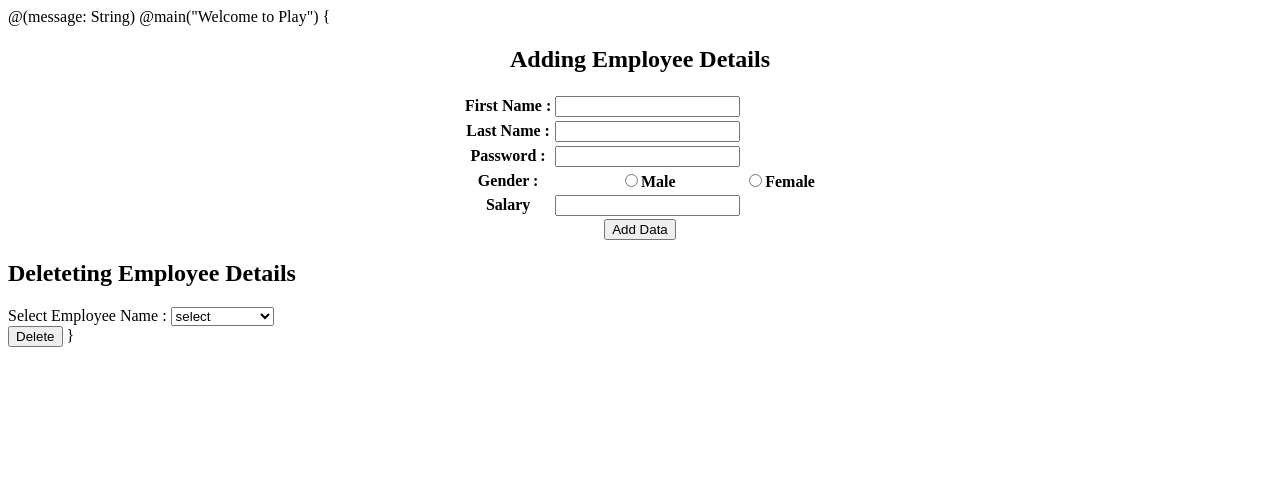
Repository: PoonamDeokar/SalesTool
Page: CrudDemo/app/views/index.scala.html
These files come from the project's save history. The page is drawn as it stood at one moment and after the next save; the edit follows.
The browser window is 1280 px wide. The pictures show the whole page.

Above is the page before, as saved 2016-09-16 06:23:08.

### CrudDemo/app/views/index.scala.html

@(message: String)

@main("Welcome to Play") {


  	<form action ="@routes.HomeController.addEmp()" method="post">

    	<center>
    	<h2>Adding Employee Details </h2>
    	<table>
    	<tr>
    		<th>First Name :</th>
    		<th><input type="text" name="fname"></th>
    	</tr>
    	<tr>
    		<th>Last Name :</th>
    		<th><input type="text" name="lname"></th>
    	</tr>
    	<tr>
    		<th>Password :</th>
    		<th><input type="password" name="pass"></th>
    	</tr>
    	<tr>
    		<th>Gender :</th>
    		<th><input type="radio" name="gen" value="male">Male<br></th>
    		<th><input type="radio" name="gen" value="fmale">Female<br></th>
    	</tr>
    	<tr>
    		<th>Salary</th>
    		<th><input type="text" name="sal"></th>
    	</tr>

    	 </table>
    	 <input type="submit"  value="Add Data"/>
    	</center>
    </form>

    <from action="@routes.HomeController.deleteEmp()" method="post">
    <h2>Deleteting Employee Details</h2>

    Select Employee Name : <select fname="eid">
    <option value="0">select</option>
    @for(emp<-Employee.find.all){
    	<option value=@emp.fname>@emp.fname</option>
    }
    </select><br>
    <input type="submit" value="Delete"/>

    </from>



}

After the next save:
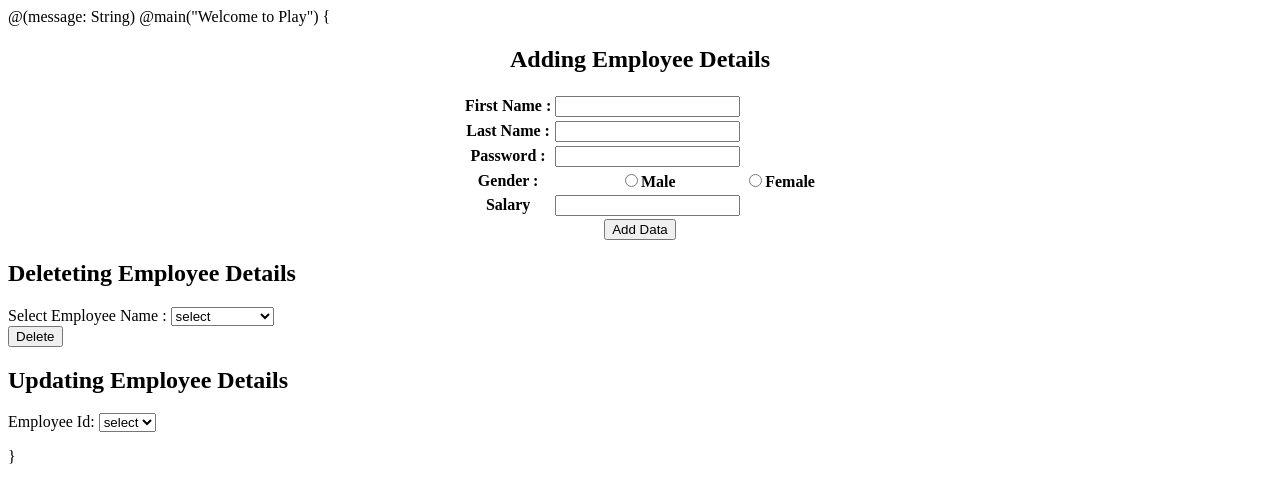
Saved 5 min 12 s later.
--- a/CrudDemo/app/views/index.scala.html
+++ b/CrudDemo/app/views/index.scala.html
@@ -39,7 +39,7 @@
     <from action="@routes.HomeController.deleteEmp()" method="post">
     <h2>Deleteting Employee Details</h2>
 
-    Select Employee Name : <select fname="eid">
+    Select Employee Name : <select fname="fname">
     <option value="0">select</option>
     @for(emp<-Employee.find.all){
     	<option value=@emp.fname>@emp.fname</option>
@@ -49,6 +49,13 @@
 
     </from>
 
+    <form action="@routes.HomeController.updateEmp()" method="get">
+    <h2>Updating Employee Details</h2>
+    Employee Id: <select eid="eid">
+    	<option value="0">select</option>
+    	@for(emp<-Employee.find)
+    </select>
 
+    </form>
 
 }
